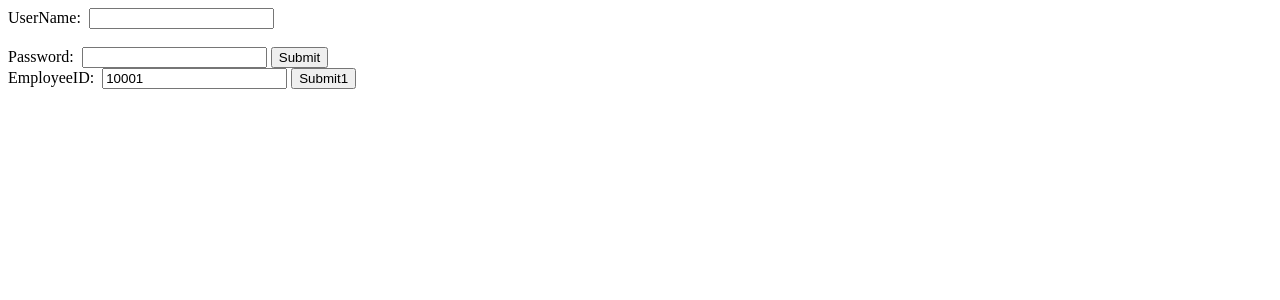
Repository: sandeep27y/MavenWebAppMultiModule-Servlets
Page: http://localhost/EmployeeApplication/LogIn.jsp
These files come from the project's save history. The page is drawn as it stood at one moment and after the next save; the edit follows.
The browser window is 1280 px wide. The pictures show the whole page.
The page is served by Tomcat 9. Other server files are loaded and not shown.

Above is the page before, as saved 2017-06-10 18:51:33.

### MavenWebAppMultiModule-Servlets/EmployeeMultiModule/EmployeeApplication/src/main/webapp/LogIn.jsp
<%@ page language="java" contentType="text/html; charset=ISO-8859-1"
    pageEncoding="ISO-8859-1"%>
<!DOCTYPE html PUBLIC "-//W3C//DTD HTML 4.01 Transitional//EN" "http://www.w3.org/TR/html4/loose.dtd">
<html>
<head>
<meta http-equiv="Content-Type" content="text/html; charset=ISO-8859-1">
<title>Insert title here</title>
</head>
<body>
<form action="/EmployeeApplication/employeelogin.do" method="post">
UserName: &nbsp;<input type="text" name="username"><br><br>
Password: &nbsp;<input type="password" name="password">
<input type="Submit" value="Submit"><br>
</form>

<form action="/EmployeeApplication/EmployeeInfromation.do" method="post">
EmployeeID: &nbsp;<input type="text" name="employeeId" value="10001">
<input type="Submit" value="Submit1"><br>
</form>
</body>
</html>

After the next save:
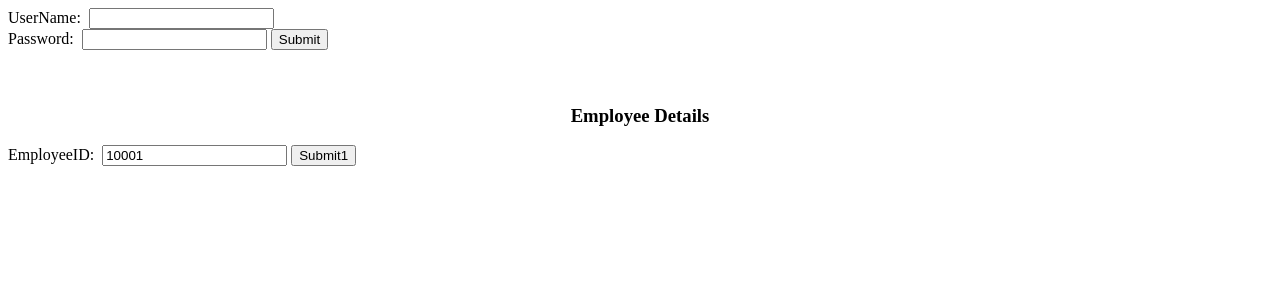
Saved 53 min 3 s later.
--- a/MavenWebAppMultiModule-Servlets/EmployeeMultiModule/EmployeeApplication/src/main/webapp/LogIn.jsp
+++ b/MavenWebAppMultiModule-Servlets/EmployeeMultiModule/EmployeeApplication/src/main/webapp/LogIn.jsp
@@ -8,12 +8,13 @@
 </head>
 <body>
 <form action="/EmployeeApplication/employeelogin.do" method="post">
-UserName: &nbsp;<input type="text" name="username"><br><br>
+UserName: &nbsp;<input type="text" name="username"><br>
 Password: &nbsp;<input type="password" name="password">
 <input type="Submit" value="Submit"><br>
 </form>
-
+<br><br>
 <form action="/EmployeeApplication/EmployeeInfromation.do" method="post">
+<h3 align="center">Employee Details</h3>
 EmployeeID: &nbsp;<input type="text" name="employeeId" value="10001">
 <input type="Submit" value="Submit1"><br>
 </form>
